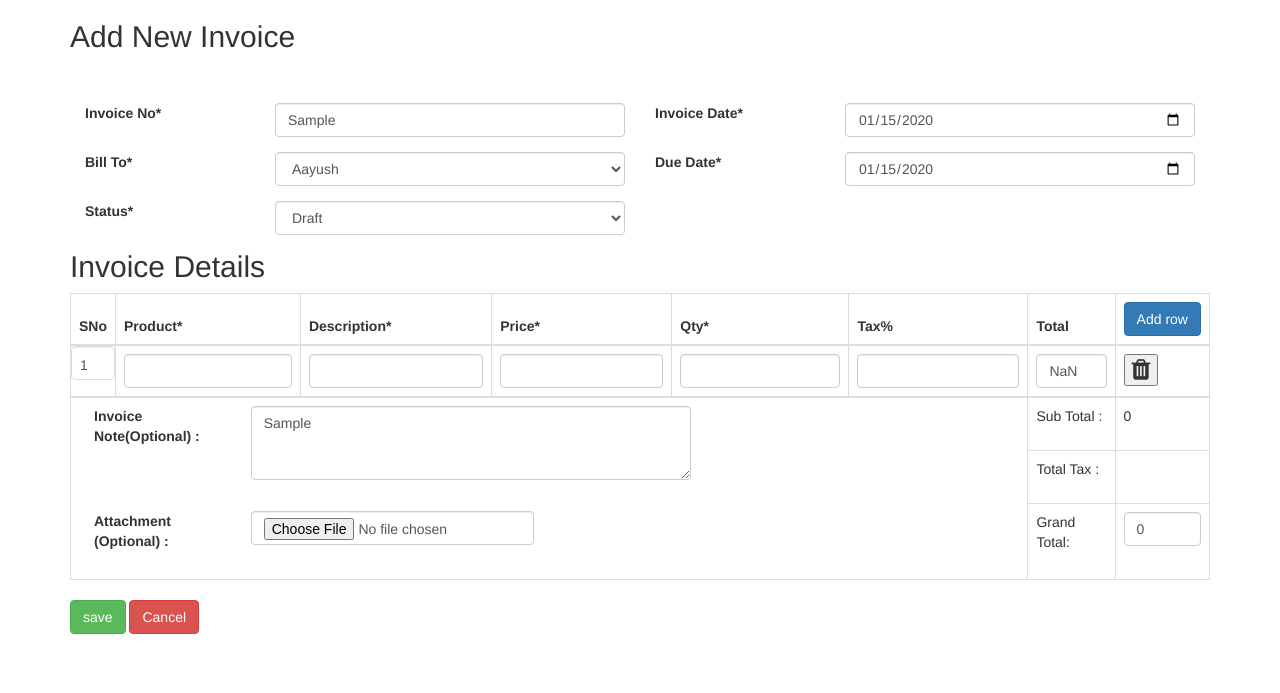
Repository: Aayush13013/Invoice_Management_app
Page: http://localhost/invoiceInfo/WEB-INF/jsp/new_invoiceInfo.jsp
An editor plug-in stored every save of this project. The page is shown before and after the next save, followed by the edit.
The browser window is 1280 px wide. The pictures show the whole page.
Empty fields were first filled with sample values (such as "Sample", 5 or name@example.com).
After loading, the first visible `input.btn` was clicked once.
The page is served by Tomcat 9. Nobody is signed in. The template is opened directly, without the code that normally fills it, so the values that code supplies are empty.

Above is the page before, as saved 2021-12-28 10:36:29.
Console error: TypeError: total.filter is not a function

After the next save:
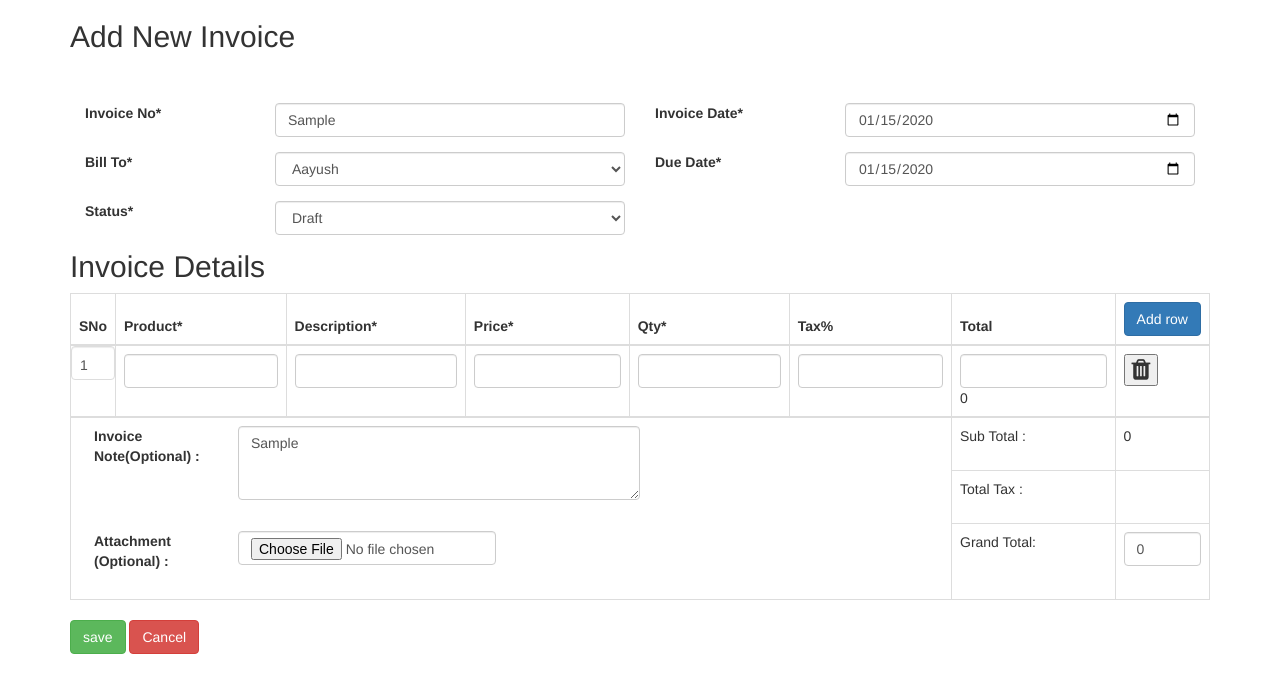
Saved 106 s later.
--- a/invoiceInfo/invoiceInfo/src/main/webapp/WEB-INF/jsp/new_invoiceInfo.jsp
+++ b/invoiceInfo/invoiceInfo/src/main/webapp/WEB-INF/jsp/new_invoiceInfo.jsp
@@ -173,7 +173,7 @@
              "<td  ><input type='text' name='listOfProducts[" + counts + "].price' class='form-control price' ></td> " +
              "<td  ><input type='number' name='listOfProducts[" + counts + "].qty' class='form-control qty' ></td> " +
              "<td  ><input type='text' name='listOfProducts[" + counts + "].taxPercent' class='form-control tax' ></td> " +
-             "<td  ><span  type='text' name='listOfProducts[" + counts + "].total' id='tot"+counts+"' class='form-control total' >0</span></td> " +
+             "<td  ><input  type='text' name='listOfProducts[" + counts + "].total' id='tot"+counts+"' class='form-control total' >0</span></td> " +
 
              "<td><button onclick=deleteRow(this)><i class='fa fa-trash' style='font-size:24px' ></i></button></td> " +
              "</tr>";
